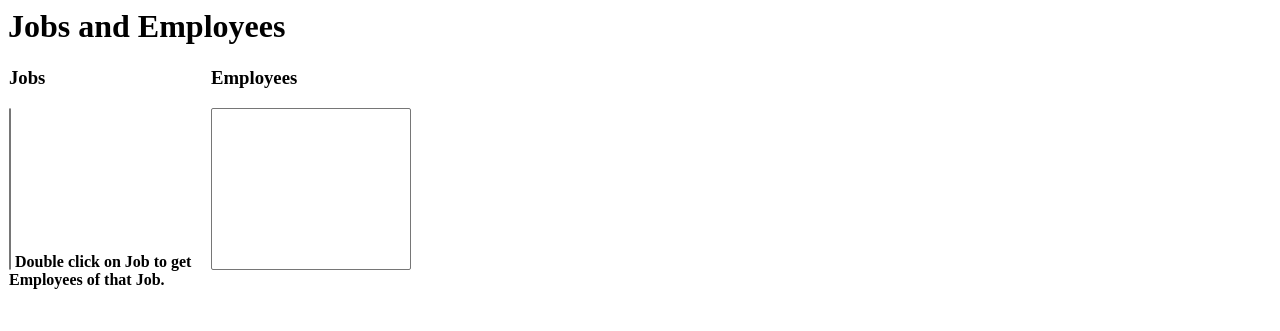
Repository: rejatavi/IntialCommit
Page: Web/WebContent/Jquery/jobs.html
These files come from the project's save history. The page is drawn as it stood at one moment and after the next save; the edit follows.
The browser window is 1280 px wide. The pictures show the whole page.

Above is the page before, as saved 2018-05-30 14:35:44.

### Web/WebContent/Jquery/jobs.html
<html>
<body>
	<h1>Jobs and Employees</h1>
	<table>
		<tr>
			<td valign="top" width="200px">
				<h3>Jobs</h3> <select id="jobs" size="10"
				ondblclick="getEmployees()"></select>
			<b>Double click on Job to get Employees of that Job.</b>
			</td>
			<td valign="top" width="200px">
				<h3>Employees</h3> <select id="employees" size="10"
				style="width: 200px"></select>
			</td>
		</tr>
	</table>
</body>
<head>
<style>
table,th{
border:1px;
border-collapse:collapse;
}


</style>
<title>Jobs and Employees</title>
<script src="jquery-3.3.1.min.js"></script>
<script>
	// this is done when page is loaded  (document ready)
	$(function() {
		$.getJSON("jobs.jsp", {}, displayJobs);
	});
	function displayJobs(data) {
		$.each(data, function(index, job) {
			// add items to List box
			$("#jobs")
					.append(
							"<option value='" + job.id + "'>" + job.title
									+ "</option>");
		});
	}
	function getEmployees() {
		$("#employees").contents().remove(); // clear options
		$.getJSON("employees.jsp",
				  {jobid : $("#jobs").val()},
				  displayEmployees);
	}
	function displayEmployees(data) {
		$.each(data, function(index, fullname) {
			// add items to List box
			$("#employees").append("<option>" + fullname + "</option>");
		} // end of function
		); // each
	}
</script>
</head>
</html>

Loaded but not shown: Web/WebContent/Jquery/jquery-3.3.1.min.js (library)

After the next save:
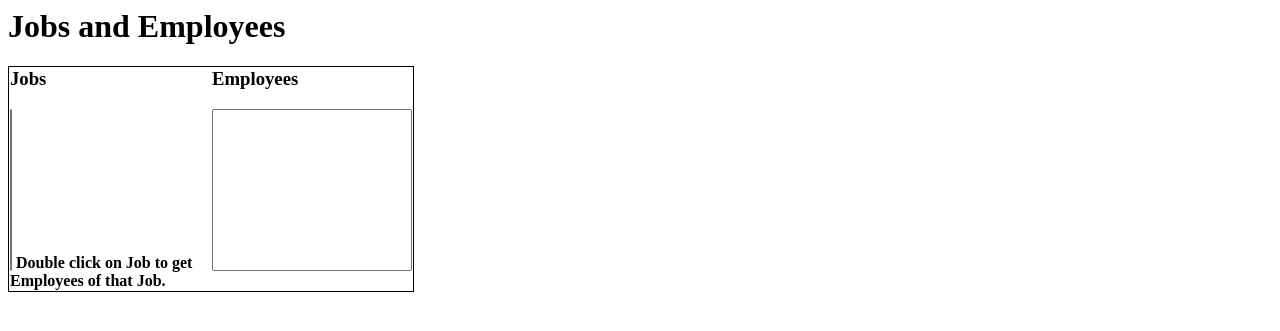
Saved 34 s later.
--- a/Web/WebContent/Jquery/jobs.html
+++ b/Web/WebContent/Jquery/jobs.html
@@ -18,7 +18,7 @@
 <head>
 <style>
 table,th{
-border:1px;
+border:1px solid black;
 border-collapse:collapse;
 }
 
